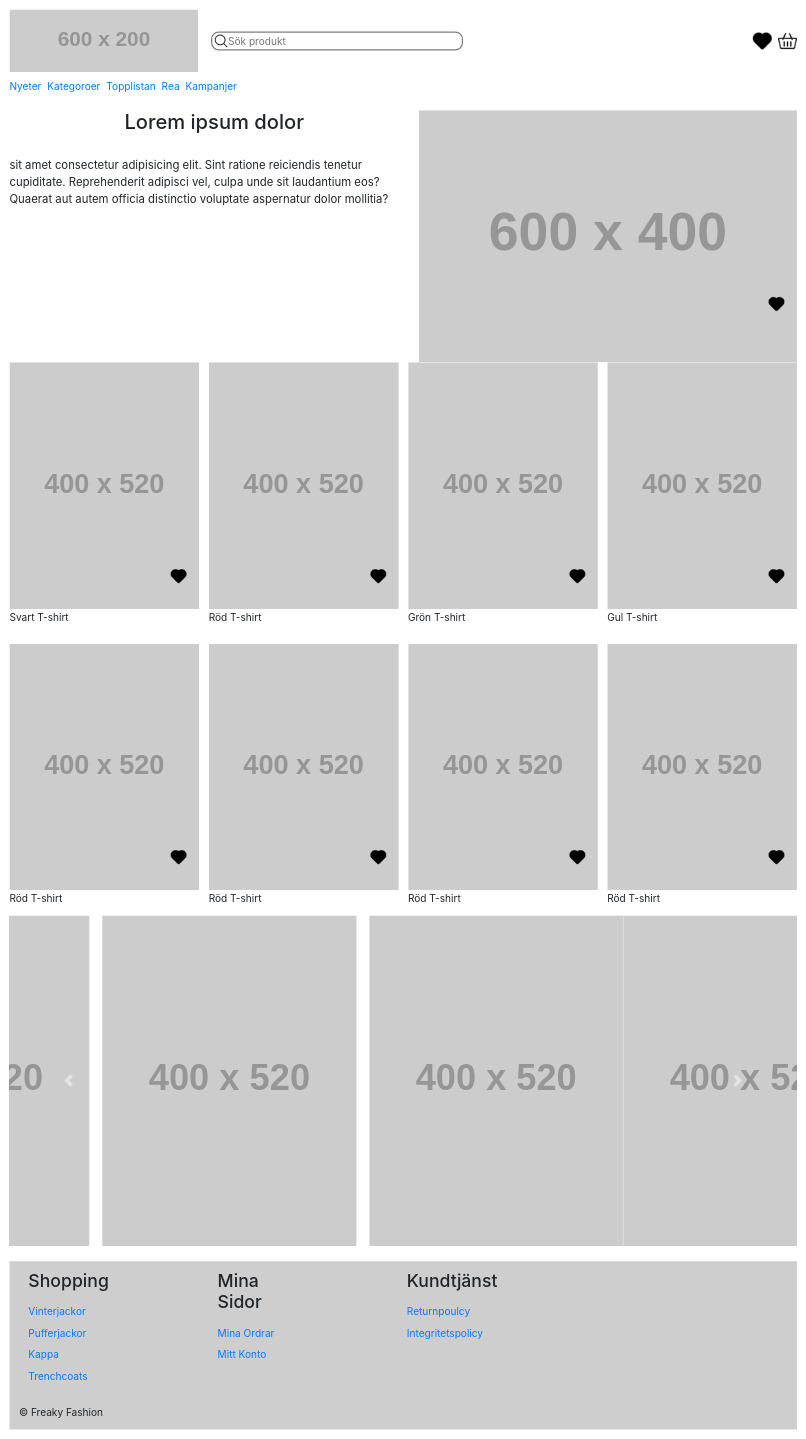
Repository: Kalle1995/project
Page: index.html
An editor plug-in stored every save of this project. The page is shown before and after the next save, followed by the edit.
The browser window is 1280 px wide. The pictures show the whole page, at 63% of full size.

Above is the page before, as saved 2024-10-06 20:02:45.

After the next save:
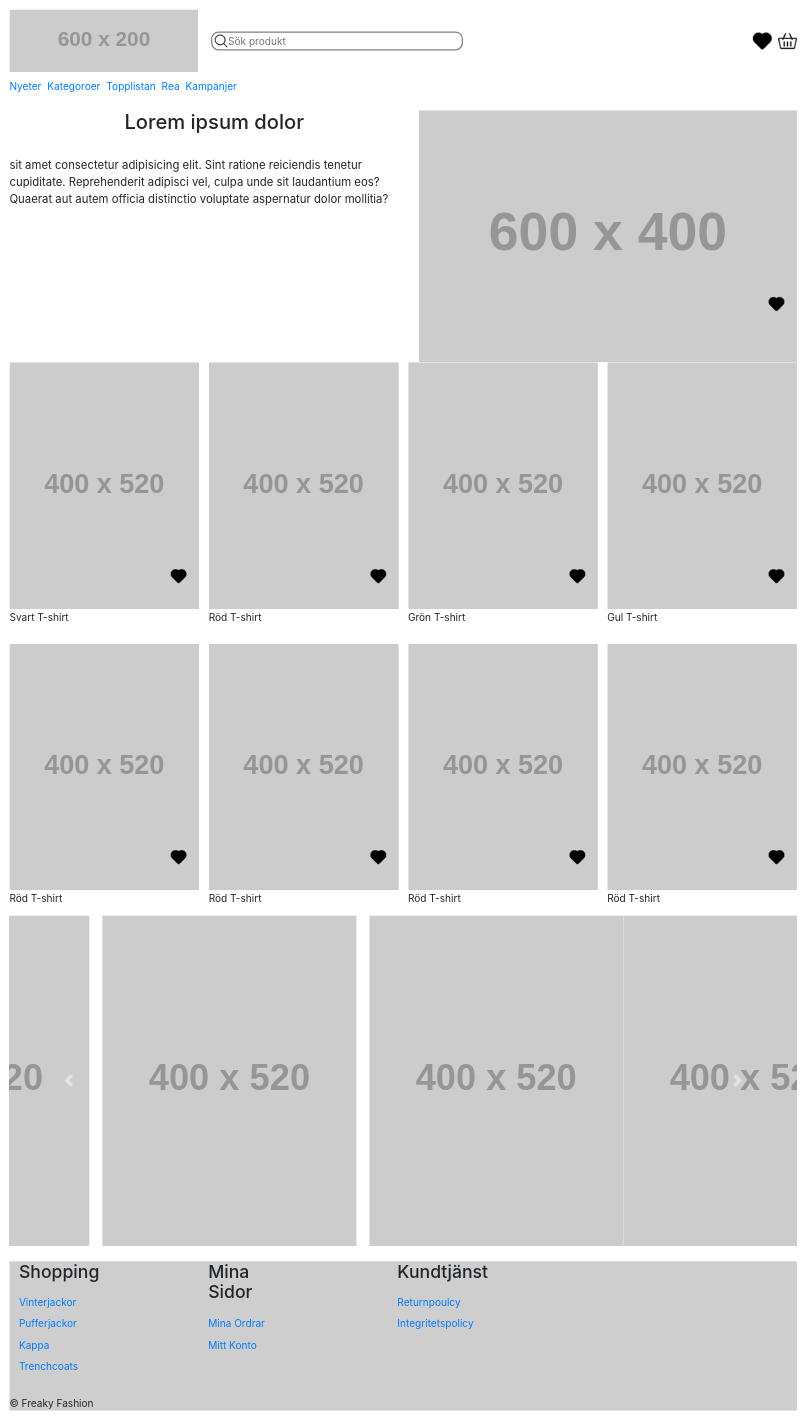
Saved 8 min 38 s later.
--- a/main.css
+++ b/main.css
@@ -308,7 +308,7 @@ kassa sidan
 
 
 .normal-footer {
-    padding: 15px;
+    padding: 0;
     background-color: rgb(207, 206, 206)
 }
 
